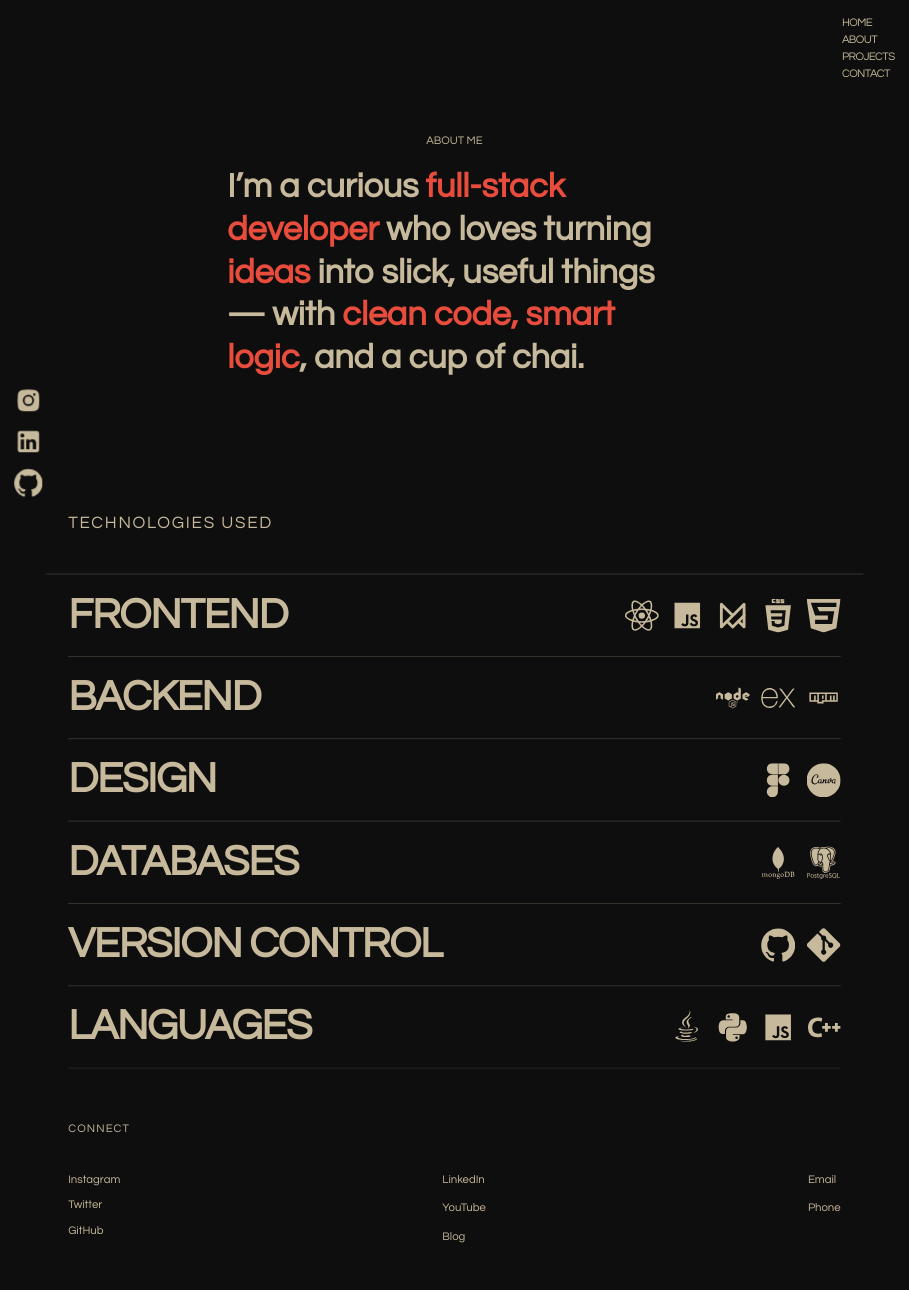
Repository: divyamGNH/DivyamPF
Page: /about
An editor plug-in stored every save of this project. The page is shown before and after the next save, followed by the edit.
The browser window is 1280 px wide. The pictures show the whole page, at 71% of full size.
The project was rebuilt for these pictures with package versions that can differ from the ones it lists, and the page was loaded fresh each time. Also part of the build but not shown: vite.config.js, src/App.css, src/components/MaskLayer.jsx, src/pages/Landing.jsx, src/pages/TopProjects.jsx, src/pages/Home.jsx, src/pages/TimeLine.jsx.

Above is the page before, as saved 2025-12-20 22:57:44.

After the next save:
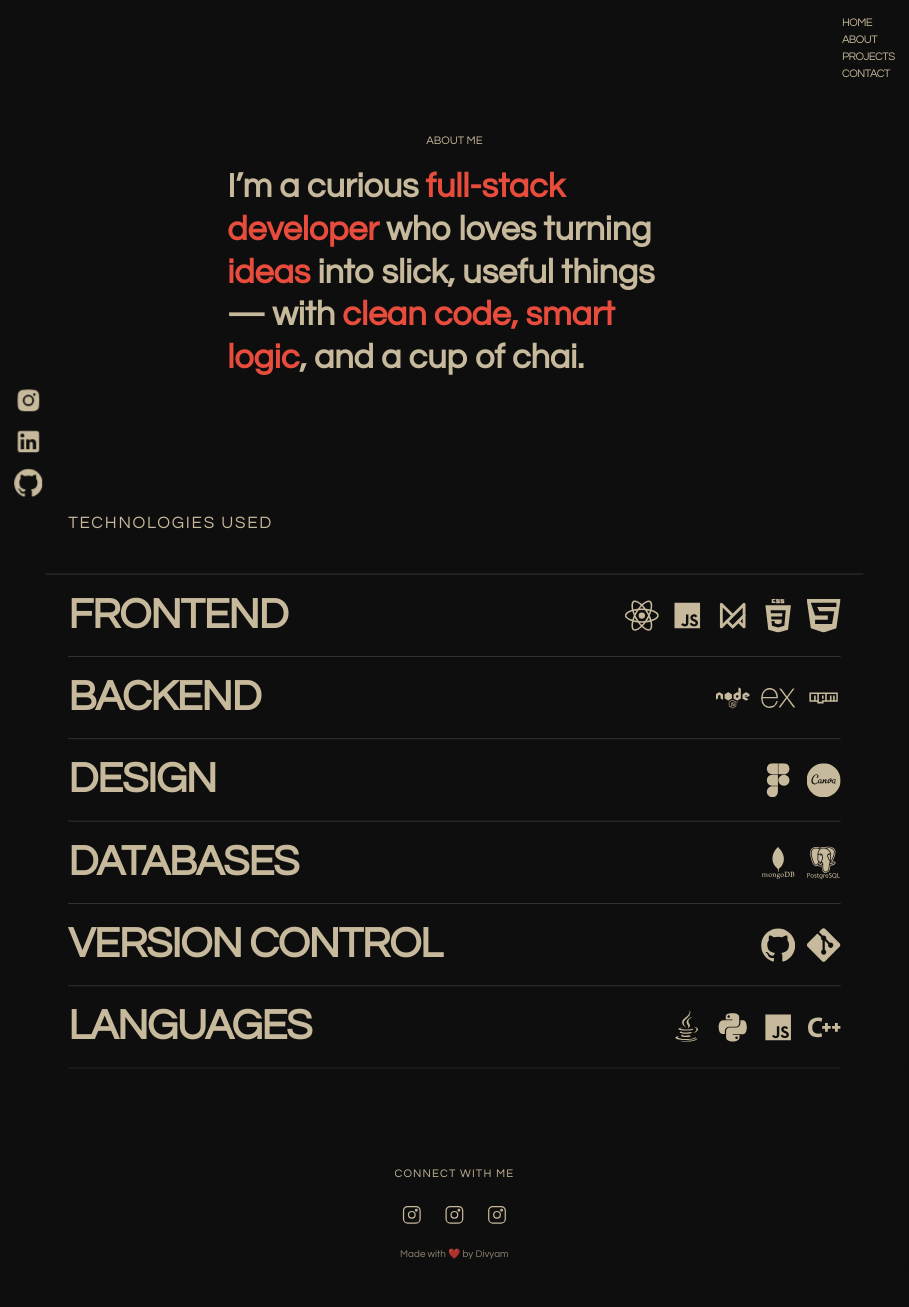
Saved 40 s later.
--- a/src/pages/Footer.jsx
+++ b/src/pages/Footer.jsx
@@ -4,60 +4,71 @@
   return (
     <div
       id="footer"
-      className="relative w-full max-w-full overflow-x-hidden bg-[#0E0E0E] text-[#C7B99B] z-51"
+      className="relative w-full max-w-full overflow-x-hidden bg-[#0E0E0E] text-[#C7B99B] py-16"
     >
-      {/* SCALE WRAPPER (phone only) */}
-      <div className="scale-[0.9] sm:scale-100 origin-top">
+      <div className="flex flex-col items-center text-center gap-8">
 
-        <div
-          className="
-            px-6 sm:px-10 md:px-16 lg:px-24
-            mb-16
-            text-base
-          "
-        >
-          {/* TITLE */}
-          <p className="mb-12 tracking-widest text-sm sm:text-base">
-            CONNECT
-          </p>
+        {/* TITLE */}
+        <p className="tracking-widest text-sm sm:text-base">
+          CONNECT WITH ME
+        </p>
 
-          {/* CONTENT */}
-          <div className="flex flex-row justify-between gap-10">
+        {/* SOCIAL ICONS */}
+        <div className="flex items-center gap-8">
+          {/* Instagram */}
+          <a href="#" className="hover:opacity-80 transition">
+            <svg
+              width="28"
+              height="28"
+              viewBox="0 0 24 24"
+              fill="none"
+              stroke="currentColor"
+              strokeWidth="1.5"
+            >
+              <rect x="2" y="2" width="20" height="20" rx="5" />
+              <circle cx="12" cy="12" r="4" />
+              <circle cx="17.5" cy="6.5" r="1" />
+            </svg>
+          </a>
 
-            {/* COLUMN 1 */}
-            <div className="flex flex-col gap-3">
-              <a href="#" className="text-base hover:opacity-80 transition">
-                Instagram
-              </a>
-              <a href="#" className="text-base hover:opacity-80 transition">
-                Twitter
-              </a>
-              <a href="#" className="text-base hover:opacity-80 transition">
-                GitHub
-              </a>
-            </div>
+          {/* Instagram (placeholder for LinkedIn / Email later) */}
+          <a href="#" className="hover:opacity-80 transition">
+            <svg
+              width="28"
+              height="28"
+              viewBox="0 0 24 24"
+              fill="none"
+              stroke="currentColor"
+              strokeWidth="1.5"
+            >
+              <rect x="2" y="2" width="20" height="20" rx="5" />
+              <circle cx="12" cy="12" r="4" />
+              <circle cx="17.5" cy="6.5" r="1" />
+            </svg>
+          </a>
 
-            {/* COLUMN 2 */}
-            <div className="flex flex-col gap-4">
-              <a href="#" className="text-base hover:opacity-80 transition">
-                LinkedIn
-              </a>
-              <a href="#" className="text-base hover:opacity-80 transition">
-                YouTube
-              </a>
-              <a href="#" className="text-base hover:opacity-80 transition">
-                Blog
-              </a>
-            </div>
+          {/* Instagram (placeholder) */}
+          <a href="#" className="hover:opacity-80 transition">
+            <svg
+              width="28"
+              height="28"
+              viewBox="0 0 24 24"
+              fill="none"
+              stroke="currentColor"
+              strokeWidth="1.5"
+            >
+              <rect x="2" y="2" width="20" height="20" rx="5" />
+              <circle cx="12" cy="12" r="4" />
+              <circle cx="17.5" cy="6.5" r="1" />
+            </svg>
+          </a>
+        </div>
 
-            {/* COLUMN 3 */}
-            <div className="flex flex-col gap-4">
-              <p className="text-base">Email</p>
-              <p className="text-base">Phone</p>
-            </div>
+        {/* FOOTER NOTE */}
+        <p className="text-sm opacity-70">
+          Made with ❤️ by Divyam
+        </p>
 
-          </div>
-        </div>
       </div>
     </div>
   );
